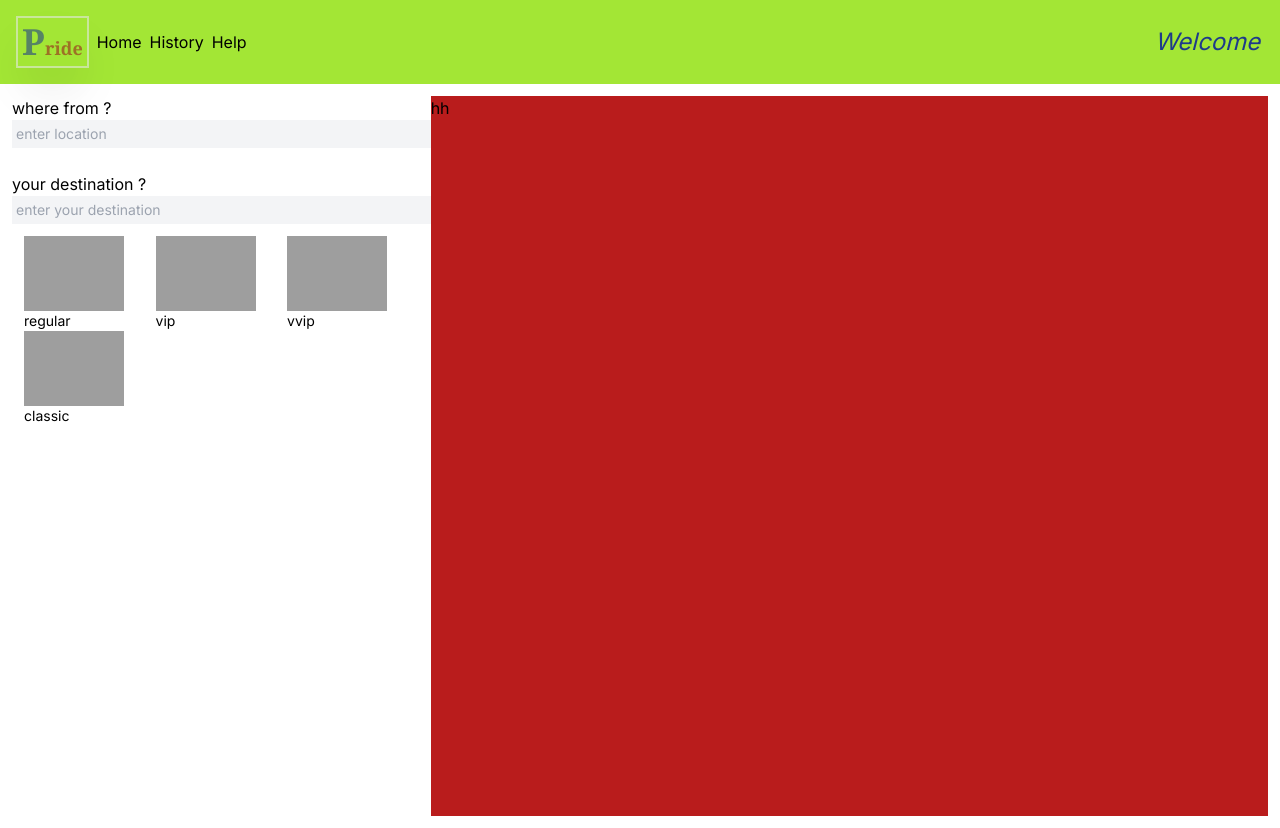
Repository: Semanmernstack/uber-mapbox
Page: /
The author's editor kept a copy of each file at every save. The page is drawn from the files as they stood at one save, then again after the next save.
The browser window is 1280 px wide. The pictures show the whole page.
Pictures or frames that could not be fetched are drawn as grey boxes. The page's requests for data from a server got no answer. The project was rebuilt for these pictures with package versions that can differ from the ones it lists, and the page was loaded fresh each time. Some packages were replaced by stand-ins written for this rebuild. The framework's server and built-in components were replaced by stand-ins that run in the browser. No one was signed in, and anything a server would have sent is missing. Also part of the build but not shown: next.config.js.

Above is the page before, as saved 2023-08-16 07:12:57.

### app/layout.tsx
import './globals.css'
import type { Metadata } from 'next'
import { Inter } from 'next/font/google'
import Nav from './components/Nav'
import { ClerkProvider } from '@clerk/nextjs'

const inter = Inter({ subsets: ['latin'] })

export const metadata: Metadata = {
  title: 'Create Next App',
  description: 'Generated by create next app',
}

export default function RootLayout({
  children,
}: {
  children: React.ReactNode
}) {
  return (
    <ClerkProvider>
      <html lang="en">
        <body className={inter.className}> <Nav/>  {children}</body>
      </html>
    </ClerkProvider>
  )
}

### app/page.tsx
import Image from 'next/image'
import Booking from './components/Booking'
import Mapp from './components/Mapp'
import Cars from './components/Cars'

export default function Home() {
  return (
    <main className="p-3 gap  ">
      <div className="grid grid-cols-1 md:grid-cols-3   ">
        <div className=" h-[80%]">
          <Booking/>
          <Cars/>

        </div>
        <div className=" bg-red-700 col-span-2 h-screen">
          <Mapp/>
        </div>
      </div>
    </main>
  )
}

### app/components/Nav.tsx
import { UserButton, currentUser } from '@clerk/nextjs'
import React from 'react'

async function Nav() {
    const user = await currentUser()
  return (
    <div className="flex items-center justify-between p-4 bg-lime-400">
        <div className="flex items-center gap-2">

            <h1 className="font-extrabold shadow-2xl border-gray-200 border-2 p-1 font-serif text-2xl md:text-3xl lg:text-4xl animate-pulse text-blue-900">P<span className="text-lg animate-none font-bold text-red-800">ride</span></h1>
            <h2>Home</h2>
            <h2>History</h2>
            <h2>Help</h2>

        </div>
        <div className="flex gap-1 items-center">
            <h1 className="text-2xl text-blue-900 italic">Welcome</h1>
            <h1 className='hidden md:inline-flex'>{user?.firstName}</h1>
            <UserButton/>
        </div>
    </div>
  )
}

export default Nav

### app/components/Booking.tsx
import React from 'react'
import BookingInput from './BookingInput'

function Booking() {
  return (
    <div className="">
        <BookingInput/>

    </div>
  )
}

export default Booking

### app/components/Mapp.tsx
"use client"


import React from 'react'
import Map from 'react-map-gl';
function Mapp() {
  return (
    <div>
      <h1>hh</h1>



    </div>
  )
}

export default Mapp

### app/components/Cars.tsx
import React from 'react'
import CarsLi from './CarsLi'
import Image from 'next/image'

function Cars() {
    const data = [
        {
          id: 1,

          value: "regular",
          pics: "https://cdn.pixabay.com/photo/2016/04/01/12/16/car-1300629_1280.png",
        },

        {
          id: 2,

          value: "vip",
          pics: "https://cdn.pixabay.com/photo/2017/03/27/14/56/auto-2179220_640.jpg",
        },

        {
          id: 3,

          value: "vvip",
          pics: "https://cdn.pixabay.com/photo/2014/09/07/22/34/car-race-438467_640.jpg",
        },

        {
          id: 4,
          value: "classic",
          pics: "https://cdn.pixabay.com/photo/2013/07/13/11/44/car-158548_640.png",
        },
      ]

  return (
    <div className="grid grid-cols-2 md:grid-cols-3 p-3">
        {data?.map((d, index) => (
            <div key={index}>
                <Image
                    src={d.pics}
                    alt="pic"
                    height={100}
                    width={100}
                    className="object-contain "
                />
                <h2 className='text-sm'>{d.value}</h2>





            </div>


        ))}

    </div>
  )
}

export default Cars

### app/components/BookingInput.tsx
"use client"

import React, { useEffect, useState } from 'react'

function BookingInput() {
    const [where, setWhere] = useState<any>()
    const [to, setTo] = useState<any>()
    const [lists, setLists] = useState<any>([])

    useEffect(() => {
        getAdress()

    }, [where, to])

    const getAdress = async () => {
        setLists([])
        const res = await fetch('api/search-map?q='+where, {
            headers:{
                "Content-Type": "application/json",
            }

        })
        const re = await res.json()
        setLists(re)

    }
  return (
    <div className="flex flex-col gap-6 relative">
        <div>
            <label> where from ?</label>
            <input type="text" placeholder='enter location'
                value={where}
                onChange={(e) => setWhere(e.target.value)}
                className="border-1 w-full text-sm outline-none bg-gray-100 focus:border-gray-700 p-1"
            />
            {lists?.suggestions?
                <div >
                    {lists?.suggestions.map((item:any, index:number) => (
                        <h2 className='text-sm cursor-pointer gap-1 shadow-2xl' onClick={() =>{ setWhere(item.full_address), setLists([])}}
                         >{item.full_address}</h2>
                    ))}
                </div> : null

            }


        </div>

        <div>
            <label> your destination ?</label>

            <input type="text" placeholder='enter your destination'
                value={to}
                onChange={(e) => setTo(e.target.value)}
                className="border-1 w-full text-sm outline-none bg-gray-100 focus:border-gray-700 p-1"
            />
            {lists?.suggestions?
                <div >
                    {lists?.suggestions.map((item:any, index:number) => (
                        <h2 className='text-sm cursor-pointer shadow-2xl' onClick={() =>{ setTo(item.full_address), setLists([])}}
                         >{item.full_address}</h2>
                    ))}
                </div> : null

            }

        </div>
    </div>
  )
}

export default BookingInput

Loaded but not shown: app/globals.css (common file); tailwind.config.ts (common file)

After the next save:
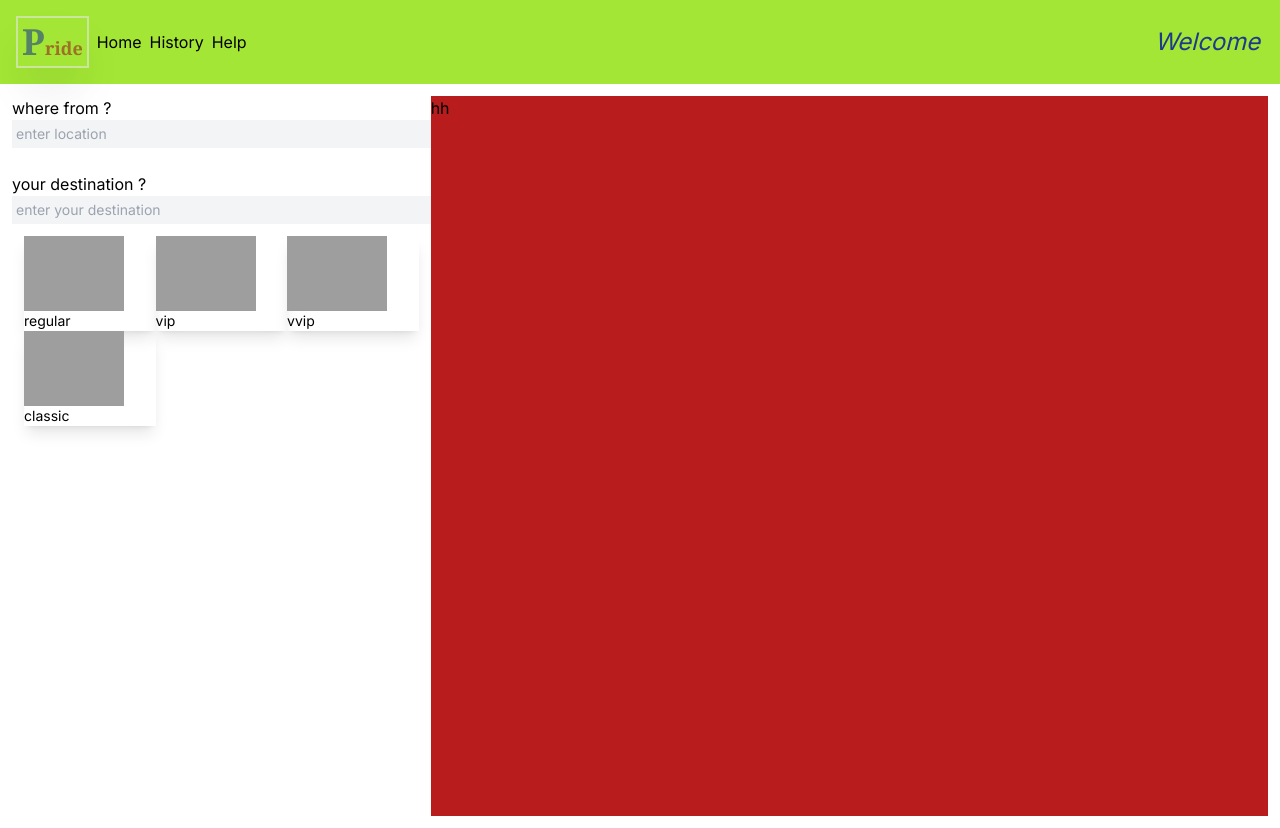
Saved 2 min 10 s later.
--- a/app/components/Cars.tsx
+++ b/app/components/Cars.tsx
@@ -35,7 +35,9 @@
   return (
     <div className="grid grid-cols-2 md:grid-cols-3 p-3">
         {data?.map((d, index) => (
-            <div key={index}>
+            <div key={index}
+            className="shadow-lg boder-2"
+            >
                 <Image
                     src={d.pics}
                     alt="pic"
